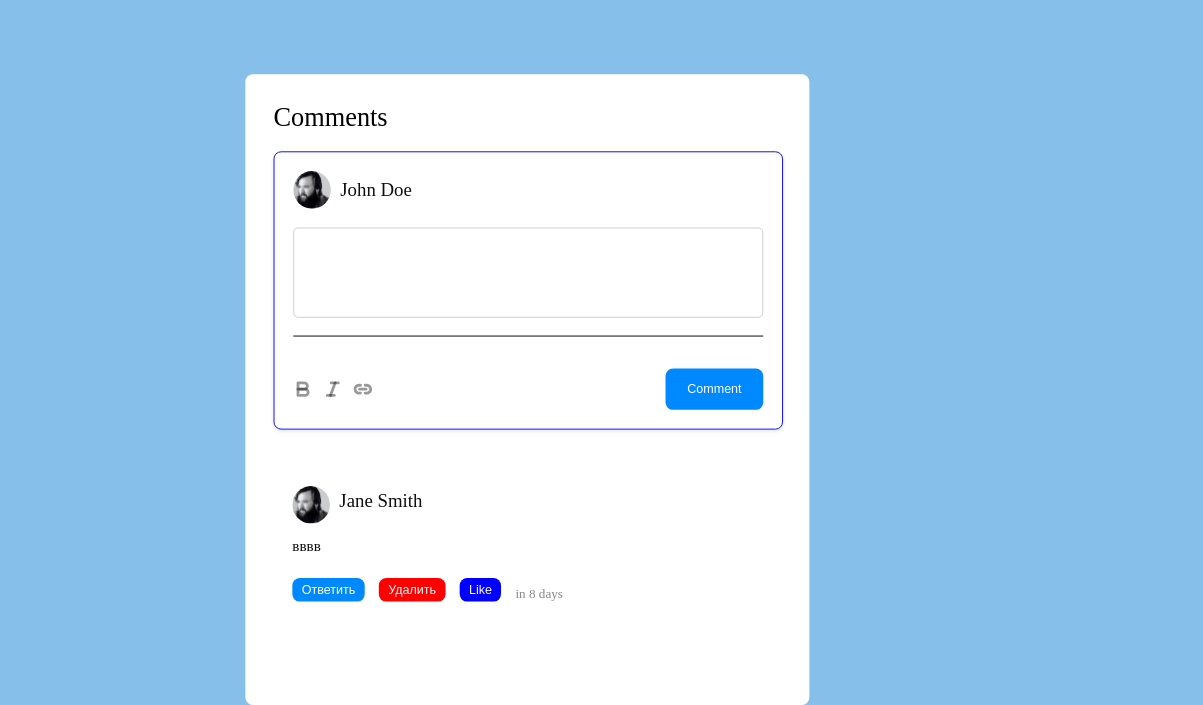
Repository: nikiforovki/appcommits
Page: /
The author's editor kept a copy of each file at every save. The page is drawn from the files as they stood at one save, then again after the next save.
The browser window is 1280 px wide. The pictures show the whole page, at 94% of full size.
The project was rebuilt for these pictures with package versions that can differ from the ones it lists, and the page was loaded fresh each time. Requests to the local data server were answered from the project's data file. Also part of the build but not shown: webpack.config.ts.

Above is the page before, as saved 2024-08-23 07:52:53.

### public/index.html
<!DOCTYPE html>
<html lang="en">
<head>
    <meta charset="UTF-8" />
    <meta name="viewport" content="width=device-width, initial-scale=1.0" />
    <meta http-equiv="X-UA-Compatible" content="ie=edge" />
    <title>React App</title>
</head>
<body>
<div id="root"></div>
</body>
</html>

### src/index.tsx
import React from 'react';
import { createRoot } from 'react-dom/client';
import App from './App';
import StoreProvider from './app/providers/StoreProvider';

const rootElement = document.getElementById('root');
const root = createRoot(rootElement);
root.render(
  <React.StrictMode>
    <StoreProvider>
      <App />
    </StoreProvider>
  </React.StrictMode>,
);

### src/App.tsx
import React from 'react';
import MainLayout from './Companents/MainLayout';
import './styles/GlobalStyles.css';

const App = () => {
  return <MainLayout />;
};

export default App;

// import React, { useState } from 'react';
// import MainLayout from '../src/Companents/MainLayout';
// import './styles/GlobalStyles.css';
// import {
//   useGetSomeDataQuery,
//   useAddCommitMutation,
//   useDeleteCommitMutation,
// } from '../api/rtkQuery';
//
// const App: React.FC = () => {
//   const [newCommit, setNewCommit] = useState('');
//   const { data = [], isLoading } = useGetSomeDataQuery();
//   const [addCommit, { isError }] = useAddCommitMutation();
//   const [deleteCommit] = useDeleteCommitMutation();
//
//   const handleAddCommit = async () => {
//     if (newCommit) {
//       try {
//         await addCommit({ name: newCommit }).unwrap();
//         setNewCommit('');
//       } catch (error) {
//         console.error('Failed to add commit: ', error);
//       }
//     }
//   };
//
//   const handleDeleteCommit = async (id: string) => {
//     try {
//       await deleteCommit(id).unwrap();
//     } catch (error) {
//       console.error('Failed to delete commit: ', error);
//     }
//   };
//
//   if (isLoading) return <h1>Loading...</h1>;
//
//   return (
//     <div>
//       <input
//         type="text"
//         value={newCommit}
//         onChange={(e) => setNewCommit(e.target.value)}
//       />
//       <button onClick={handleAddCommit}>Add Commit</button>
//       <div>
//         {/*<MainLayout />*/}
//         <ul>
//           {data.map((item) => (
//             <li key={item.id} onClick={() => handleDeleteCommit(item.id)}>
//               {item.name}
//             </li>
//           ))}
//         </ul>
//       </div>
//     </div>
//   );
// };
//
// export default App;

// import React, { useState } from 'react';
// import MainLayout from '../src/Companents/MainLayout';
// import './styles/GlobalStyles.css';
// import { useGetSomeDataQuery, useAddCommitMutation } from '../api/rtkQuery';
//
// const App: React.FC = () => {
//   const [count, setCount] = useState('');
//   const [newCommit, setNewCommit] = useState('');
//   const { data = [], isLoading } = useGetSomeDataQuery(count);
//   const [addCommit, { isError }] = useAddCommitMutation();
//
//   const handleAddCommit = async () => {
//     if ( newCommit) {
//       await addCommit({name: newCommit}.unwrap();
//       setNewCommit('')
//       )
//     }
//   }
//
//   if (isLoading) return <h1>Loading...</h1>;
//
//   return (
//     <div>
//       <input
//         type='text'
//         value={newCommit}
//         onChange={(e) => {handleAddCommit(e.target.value)}
//           />
//        <button onClick= {handleAddCommit}>Add Commit</button>
//     </div>
//     <div>
//       {/*<MainLayout />*/}
//       <ul>
//         {data.map((item) => (
//           <li key={item.id}>{item.name}</li>
//         ))}
//       </ul>
//     </div>
//   );
// };
//
// export default App;

### src/app/providers/StoreProvider.tsx
// src/app/providers/StoreProvider.tsx
import React from 'react';
import { Provider } from 'react-redux';
import { store } from './store';

interface StoreProviderProps {
  children: React.ReactNode;
}

const StoreProvider: React.FC<StoreProviderProps> = ({ children }) => {
  return <Provider store={store}>{children}</Provider>;
};

export default StoreProvider;

### src/Companents/MainLayout.tsx
import React, { useState, useEffect } from 'react';
import styled from 'styled-components';
import {
  useGetSomeDataQuery,
  useAddCommitMutation,
  useDeleteCommitMutation,
  useLikeCommentMutation,
  useUnlikeCommentMutation,
  useAddReplyMutation,
  useUpdateCommentMutation,
} from '../api/rtkQuery';
import { Comment } from '../api/types';
import { formatDistanceToNow } from 'date-fns';
import Skeleton from 'react-loading-skeleton';
import 'react-loading-skeleton/dist/skeleton.css';

const StyledContainer = styled.div`
  width: 600px;
  height: ${(props) =>
    `${props.setCommentsCount * 300}px`}; // Используем динамическую высоту
  min-height: 671px; // Минимальная высота
  position: absolute;
  top: 79px;
  left: 261px;
  border-radius: 8px;
  font-size: 28px;
  background-color: #ffffff;
  color: #0e0d0d;
`;

const StyledTitle = styled.div`
  margin-top: 30px;
  margin-left: 30px;
  color: black;
`;

const StyledCommentBorder = styled.div`
  width: 500px;
  height: 254px;
  margin-top: 20px;
  margin-left: 30px;
  margin-right: 30px;
  margin-bottom: 40px;
  border-radius: 8px;
  border: 1px solid blue;
  box-shadow: 0 2px 4px rgba(0, 0, 0, 0.1);
  padding: 20px;
  color: #333;
  display: flex;
  flex-direction: column;
  justify-content: space-between;
`;

const StyledUserContainer = styled.div`
  display: flex;
  align-items: center;
  gap: 10px;
  margin-bottom: 15px;
`;

const StyledName = styled.div`
  position: relative;
  font-size: 20px;
  color: #101010;
`;

const StyledTextarea = styled.textarea`
  font-size: 16px;
  font-weight: ${({ isBold }) => (isBold ? 'bold' : 'normal')};
  height: 84px;
  padding: 10px 10px 0 10px;
  border: 1px solid #ccc;
  border-radius: 5px;
  outline: none;
  word-break: break-all;
  white-space: pre-wrap;
  resize: none;
  &:focus {
    border-color: #007bff;
  }
`;

const StyledLine = styled.div`
  width: 100%;
  height: 2px;
  border-top: 1px solid #000000;
  margin-top: 15px;
`;

const IconsAndButtonContainer = styled.div`
  display: flex;
  align-items: center;
  gap: 12px;
  margin-top: 27px;
`;

const StyledButtonComment = styled.button`
  width: 108px;
  height: 44px;
  background-color: #0089ff;
  color: white;
  border: none;
  padding: 10px 20px;
  border-radius: 8px;
  cursor: pointer;
  margin-left: 300px;
  &:hover {
    background-color: #0056b3;
  }
`;

const StyledCommentContainer = styled.div`
  width: 500px;
  height: auto;
  margin-left: 30px;
  margin-bottom: 20px;
  padding: 20px;
  font-size: 16px;
`;

const StyledCommentName = styled.div`
  font-size: 20px;
  color: #101010;
  margin-bottom: 10px;
`;

const StyledCommentText = styled.div<{ isBold: boolean }>`
  font-weight: ${({ isBold }) => (isBold ? 'bold' : 'normal')};
  display: block;
  width: 100%;
  word-break: break-word;
  font-weight: ${({ isBold }) => (isBold ? 'bold' : 'normal')};
  margin-bottom: 15px;
`;

const StyledButtoncontainerComment = styled.div`
  display: flex;
  align-items: flex-end;
  word-break: break-word;
  gap: 15px;
`;

const StyledCommentTimestamp = styled.div`
  font-size: 14px;
  color: #888;
  margin-top: 10px;
`;

const StyledDeleteButton = styled.button`
  background-color: #ff0000;
  color: white;
  border: none;
  padding: 5px 10px;
  border-radius: 8px;
  cursor: pointer;
  margin-top: 10px;
  align-self: flex-end;
  &:hover {
    background-color: #cc0000;
  }
`;

const StyledLikeButton = styled.button`
  background-color: ${({ liked }) => (liked ? 'red' : 'blue')};
  color: white;
  border: none;
  padding: 5px 10px;
  border-radius: 8px;
  cursor: pointer;
  margin-top: 10px;
  align-self: flex-end;
`;

const StyledReplyContainer = styled.div`
  margin-top: 10px;
  padding-left: 20px;
  border-left: 2px solid #ccc;
`;

const StyledReplyTextarea = styled.textarea`
  width: 100%;
  height: 60px;
  border-radius: 5px;
  outline: none;
  resize: none;
  &:focus {
    border-color: #007bff;
  }
`;

const StyledReplyButton = styled.button`
  background-color: #0089ff;
  color: white;
  border: none;
  padding: 5px 10px;
  border-radius: 8px;
  cursor: pointer;
  margin-top: 10px;
  &:hover {
    background-color: #0056b3;
  }
`;

const MainLayout: React.FC = () => {
  const [newComment, setNewComment] = useState('');
  const { data = [], isLoading, refetch } = useGetSomeDataQuery();
  const [addComment, { isError }] = useAddCommitMutation();
  const [deleteComment] = useDeleteCommitMutation();
  const [likeComment] = useLikeCommentMutation();
  const [unlikeComment] = useUnlikeCommentMutation();
  const [addReply] = useAddReplyMutation();
  const [updateComment] = useUpdateCommentMutation(); // Хук для обновления комментария
  const [commentsCount, setCommentsCount] = useState(0);
  const [replyText, setReplyText] = useState('');
  const [replyTo, setReplyTo] = useState<string | null>(null);
  const [textFormatting, setTextFormatting] = useState<{
    [key: string]: boolean;
  }>({});
  const [isLocalLoading, setIsLocalLoading] = useState(true);

  useEffect(() => {
    setCommentsCount(data.length);
    if (!isLoading) {
      setIsLocalLoading(false);
    }
  }, [data, isLoading]);

  const handleAddComment = async () => {
    if (newComment) {
      try {
        const commitData: Partial<Comment> = {
          id: Date.now().toString(),
          img: '/img/IconMan.svg',
          author: 'Jane Smith',
          text: newComment,
          timestamp: new Date().toISOString(),
          liked: false,
          isBold: false,
          replies: [],
        };
        await addComment(commitData).unwrap();
        setNewComment('');
        refetch();
      } catch (error) {
        console.error('Не удалось добавить коммит: ', error);
      }
    }
  };

  const handleDeleteComment = async (id: string) => {
    try {
      await deleteComment(id).unwrap();
      refetch();
    } catch (error) {
      console.error('Не удалось удалить коммит: ', error);
    }
  };

  const handleLikeOrUnlike = async (id: string, action: 'like' | 'unlike') => {
    try {
      const commentIndex = data.findIndex((c) => c.id === id);
      if (commentIndex !== -1) {
        let newLikedState = data[commentIndex].liked;
        if (action === 'like') {
          newLikedState = true;
          await likeComment(id).unwrap();
        } else if (action === 'unlike') {
          newLikedState = false;
          await unlikeComment(id).unwrap();
        }
        const updatedData = [...data];
        updatedData[commentIndex] = {
          ...updatedData[commentIndex],
          liked: newLikedState,
        };
        refetch();
      }
    } catch (error) {
      if (error.status === 404) {
        console.error(`Комментарий ${id} не найден`);
      } else {
        console.error(
          `${action === 'like' ? 'Лайк' : 'Антилайк'} не удалось: `,
          error,
        );
      }
    }
  };

  const handleReply = async (commentId: string) => {
    if (replyText) {
      try {
        const replyData = {
          author: 'John Doe',
          text: replyText,
          timestamp: new Date().toISOString(),
        };
        await addReply({ commentId, ...replyData }).unwrap();
        setReplyText('');
        setReplyTo(null);
        refetch();
      } catch (error) {}
    }
  };

  const toggleBoldFormatting = async (id: string) => {
    const newIsBold = !textFormatting[id];
    setTextFormatting((prevFormatting) => ({
      ...prevFormatting,
      [id]: newIsBold,
    }));

    try {
      await updateComment({ id, isBold: newIsBold }).unwrap();
      refetch();
    } catch (error) {
      console.error('Не удалось обновить комментарий: ', error);
    }
  };

  const parseDate = (dateString: string) => {
    const parsed = Date.parse(dateString.replace(',', ''));
    return isNaN(parsed) ? null : new Date(parsed);
  };

  if (isLocalLoading) {
    return (
      <div style={{ position: 'relative' }}>
        <StyledContainer commentsCount={setCommentsCount}>
          <StyledTitle>Comments</StyledTitle>
          <StyledCommentBorder>
            <StyledUserContainer>
              <img
                src="/img/IconMan.svg"
                alt="Описание изображения"
                width="40"
                height="40"
              />
              <StyledName>John Doe</StyledName>
            </StyledUserContainer>
            <StyledTextarea
              value={newComment}
              onChange={(e) => setNewComment(e.target.value)}
              isBold={textFormatting['newComment'] || false}
            />
            <StyledLine />

            <IconsAndButtonContainer>
              <img
                src="/img/IconBoldText.svg"
                alt="Иконка форматирования текста"
                width="20"
                height="20"
                onClick={() => toggleBoldFormatting('newComment')}
                style={{ cursor: 'pointer' }}
              />
              <img
                src="/img/IconItalicText.svg"
                alt="Иконка курсива"
                width="20"
                height="20"
              />
              <img
                src="/img/IconLink.svg"
                alt="Иконка ссылка"
                width="20"
                height="20"
              />

              <StyledButtonComment onClick={handleAddComment}>
                Comment
              </StyledButtonComment>
            </IconsAndButtonContainer>
          </StyledCommentBorder>

          {[...Array(commentsCount || 0)].map((_, index) => (
            <StyledCommentContainer key={index}>
              <StyledUserContainer>
                <Skeleton circle width={40} height={40} color="darkgray" />
                <Skeleton width={80} height={20} color="darkgray" />
              </StyledUserContainer>
              <Skeleton width="100%" height={60} color="darkgray" />
              <StyledButtoncontainerComment>
                <Skeleton width={80} height={30} color="darkgray" />
                <Skeleton width={80} height={30} color="darkgray" />
                <Skeleton width={50} height={30} color="darkgray" />
                <Skeleton width={100} height={30} color="darkgray" />
              </StyledButtoncontainerComment>
            </StyledCommentContainer>
          ))}
        </StyledContainer>
      </div>
    );
  }

  return (
    <div style={{ position: 'relative' }}>
      <StyledContainer commentsCount={commentsCount}>
        <StyledTitle>Comments</StyledTitle>
        <StyledCommentBorder>
          <StyledUserContainer>
            <img
              src="/img/IconMan.svg"
              alt="Описание изображения"
              width="40"
              height="40"
            />
            <StyledName>John Doe</StyledName>
          </StyledUserContainer>
          <StyledTextarea
            value={newComment}
            onChange={(e) => setNewComment(e.target.value)}
            isBold={textFormatting['newComment'] || false}
          />
          <StyledLine />

          <IconsAndButtonContainer>
            <img
              src="/img/IconBoldText.svg"
              alt="Иконка форматирования текста"
              width="20"
              height="20"
              onClick={() => toggleBoldFormatting('newComment')}
              style={{ cursor: 'pointer' }}
            />
            <img
              src="/img/IconItalicText.svg"
              alt="Иконка курсива"
              width="20"
              height="20"
            />
            <img
              src="/img/IconLink.svg"
              alt="Иконка ссылка"
              width="20"
              height="20"
            />

            <StyledButtonComment onClick={handleAddComment}>
              Comment
            </StyledButtonComment>
          </IconsAndButtonContainer>
        </StyledCommentBorder>

        {data
          .slice()
          .reverse()
          .map((item) => {
            const parsedDate = parseDate(item.timestamp);
            return (
              <StyledCommentContainer key={item.id}>
                <StyledUserContainer>
                  {item.img ? (
                    <img src={item.img} alt="Commit Image" />
                  ) : (
                    <Skeleton circle width={40} height={40} color="red" />
                  )}
                  {item.author ? (
                    <StyledCommentName>{item.author}</StyledCommentName>
                  ) : (
                    <Skeleton width={80} height={20} color="red" />
                  )}
                </StyledUserContainer>
                <StyledCommentText isBold={textFormatting[item.id] || false}>
                  {item.text}
                </StyledCommentText>
                <StyledButtoncontainerComment>
                  {replyTo === item.id ? (
                    <>
                      <StyledReplyContainer>
                        <StyledReplyTextarea
                          value={replyText}
                          onChange={(e) => setReplyText(e.target.value)}
                        />
                        <StyledReplyButton onClick={() => handleReply(item.id)}>
                          Отправить ответ
                        </StyledReplyButton>
                      </StyledReplyContainer>
                    </>
                  ) : (
                    <>
                      <StyledReplyButton onClick={() => setReplyTo(item.id)}>
                        Ответить
                      </StyledReplyButton>
                      {!replyTo && (
                        <>
                          <StyledDeleteButton
                            onClick={() => handleDeleteComment(item.id)}
                          >
                            Удалить
                          </StyledDeleteButton>
                          <StyledLikeButton
                            liked={item.liked}
                            onClick={() =>
                              handleLikeOrUnlike(
                                item.id,
                                item.liked ? 'unlike' : 'like',
                              )
                            }
                          >
                            {item.liked ? 'Unlike' : 'Like'} {item.likes}
                          </StyledLikeButton>
                          <StyledCommentTimestamp>
                            {parsedDate &&
                              formatDistanceToNow(parsedDate, {
                                addSuffix: true,
                              })}
                          </StyledCommentTimestamp>
                        </>
                      )}
                    </>
                  )}
                </StyledButtoncontainerComment>
                {item.replies && item.replies.length > 0 && (
                  <StyledReplyContainer>
                    {item.replies.map((reply) => {
                      const parsedReplyDate = parseDate(reply.timestamp);
                      return (
                        <div key={reply.id}>
                          <StyledCommentName>{reply.author}</StyledCommentName>
                          <StyledCommentText>{reply.text}</StyledCommentText>
                          <StyledCommentTimestamp>
                            {parsedReplyDate &&
                              formatDistanceToNow(parsedReplyDate, {
                                addSuffix: true,
                              })}
                          </StyledCommentTimestamp>
                        </div>
                      );
                    })}
                  </StyledReplyContainer>
                )}
              </StyledCommentContainer>
            );
          })}
      </StyledContainer>
    </div>
  );
};

export default MainLayout;

### src/styles/GlobalStyles.css

body {
  margin: 0;
  padding: 0;
  background-color: rgba(66, 155, 223, 0.64);
}

### src/app/providers/store.ts
import { configureStore } from '@reduxjs/toolkit';
import rtkQueryApi from '../../api/rtkQuery';

export const store = configureStore({
  reducer: {
    [rtkQueryApi.reducerPath]: rtkQueryApi.reducer,
  },
  middleware: (getDefaultMiddleware) =>
    getDefaultMiddleware().concat(rtkQueryApi.middleware),
});

### src/api/rtkQuery.ts
import { createApi, fetchBaseQuery } from '@reduxjs/toolkit/query/react';
import { Comment, Reply } from './types';

const rtkQueryApi = createApi({
  reducerPath: 'commentApi',
  baseQuery: fetchBaseQuery({ baseUrl: 'http://localhost:3000' }),
  tagTypes: ['Comment'],
  endpoints: (builder) => ({
    getSomeData: builder.query<Comment[], void>({
      query: () => 'comments',
      providesTags: (result) =>
        result
          ? [
              ...result.map(({ id }) => ({ type: 'Comment' as const, id })),
              { type: 'Comment' as const, id: 'LIST' },
            ]
          : [{ type: 'Comment' as const, id: 'LIST' }],
    }),
    addCommit: builder.mutation<Comment, Partial<Comment>>({
      query: (body) => ({
        url: 'comments',
        method: 'POST',
        body,
      }),
      invalidatesTags: [{ type: 'Comment' as const, id: 'LIST' }],
    }),
    deleteCommit: builder.mutation<void, string>({
      query: (id) => ({
        url: `comments/${id}`,
        method: 'DELETE',
      }),
      invalidatesTags: (result, error, id) => [
        { type: 'Comment' as const, id },
      ],
    }),
    likeComment: builder.mutation<Comment, string>({
      query: (id) => ({
        url: `comments/${id}`,
        method: 'PATCH',
        body: { liked: true },
      }),
      invalidatesTags: (result, error, id) => [
        { type: 'Comment' as const, id },
      ],
    }),
    unlikeComment: builder.mutation<Comment, string>({
      query: (id) => ({
        url: `comments/${id}`,
        method: 'PATCH',
        body: { liked: false },
      }),
      invalidatesTags: (result, error, id) => [
        { type: 'Comment' as const, id },
      ],
    }),
    addReply: builder.mutation<Comment, Partial<Reply>>({
      query: (body) => ({
        url: `comments/${body.commentId}/replies`,
        method: 'POST',
        body: {
          author: body.author,
          text: body.text,
          timestamp: new Date().toISOString(),
        },
      }),
      invalidatesTags: (result, error, { commentId }) => [
        { type: 'Comment' as const, id: commentId },
      ],
    }),
    updateComment: builder.mutation<Comment, Partial<Comment>>({
      query: (body) => ({
        url: `comments/${body.id}`,
        method: 'PATCH',
        body,
      }),
      invalidatesTags: (result, error, { id }) => [
        { type: 'Comment' as const, id },
      ],
    }),
  }),
});

export const {
  useGetSomeDataQuery,
  useAddCommitMutation,
  useDeleteCommitMutation,
  useLikeCommentMutation,
  useUnlikeCommentMutation,
  useAddReplyMutation,
  useUpdateCommentMutation,
} = rtkQueryApi;
export default rtkQueryApi;

### db.json
{
  "comments": [
    {
      "id": "1724388109748",
      "img": "/img/IconMan.svg",
      "author": "Jane Smith",
      "text": "вввв",
      "timestamp": "2024-08-23T04:41:49.748Z",
      "liked": false,
      "isBold": true,
      "replies": []
    }
  ]
}

After the next save:
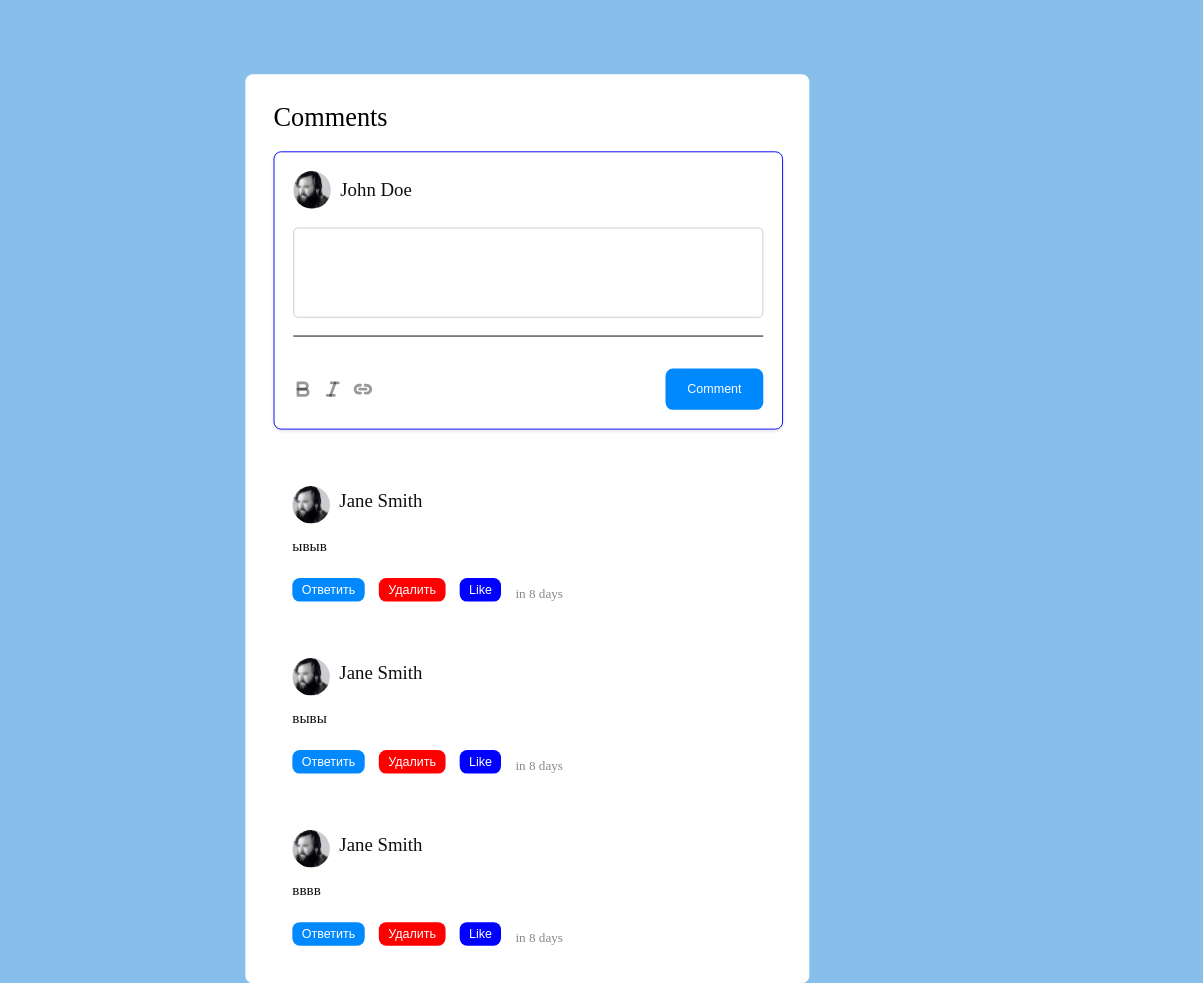
Saved 37 s later.
--- a/db.json
+++ b/db.json
@@ -7,6 +7,26 @@
       "text": "вввв",
       "timestamp": "2024-08-23T04:41:49.748Z",
       "liked": false,
+      "isBold": false,
+      "replies": []
+    },
+    {
+      "id": "1724388477647",
+      "img": "/img/IconMan.svg",
+      "author": "Jane Smith",
+      "text": "вывы",
+      "timestamp": "2024-08-23T04:47:57.647Z",
+      "liked": false,
+      "isBold": false,
+      "replies": []
+    },
+    {
+      "id": "1724388798342",
+      "img": "/img/IconMan.svg",
+      "author": "Jane Smith",
+      "text": "ывыв",
+      "timestamp": "2024-08-23T04:53:18.342Z",
+      "liked": false,
       "isBold": true,
       "replies": []
     }
